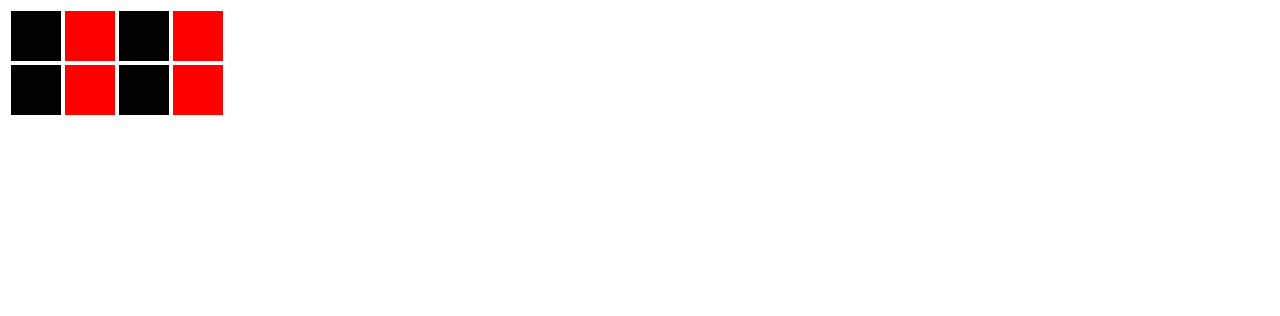
Repository: andrewjknell/JavaSpring
Page: http://localhost/CheckerBoard/NewFile.jsp
An editor plug-in stored every save of this project. The page is shown before and after the next save, followed by the edit.
The browser window is 1280 px wide. The pictures show the whole page.
The page is served by Tomcat 9.

Above is the page before, as saved 2019-11-01 23:17:35.

### CheckerBoard/WebContent/NewFile.jsp
<%@ page language="java" contentType="text/html; charset=ISO-8859-1"
    pageEncoding="ISO-8859-1"%>
<!DOCTYPE html>
<html>
<head>
<meta charset="ISO-8859-1">
<link href="style.css" rel="stylesheet"/>
<title>Insert title here</title>
</head>
<body>

	 	<table>
	 		<% for(int red = 0; red < 5/2; red++){ %>
	 		<tr>
			<% for(int black = 0; black < 5/2; black++){ %>
	 			<td><div class="black"></div></td>
	 			<td><div class="red"></div></td>
			<%} %>
	 		</tr>
	 		<%} %>
	 	</table>

</body>
</html>

### CheckerBoard/WebContent/style.css
@charset "ISO-8859-1";
.black{
	height: 50px;
	width: 50px;
	background-color: black;
}
.red{
	height: 50px;
	width: 50px;
	background-color: red;
}

After the next save:
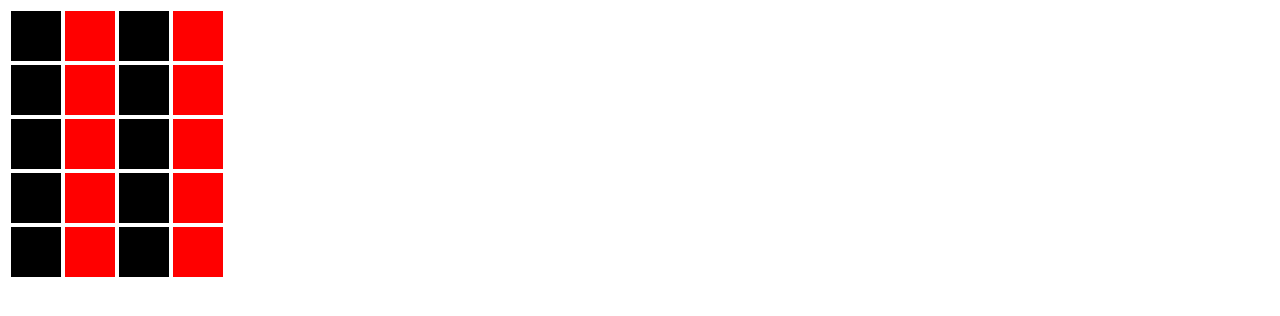
Saved 21 s later.
--- a/CheckerBoard/WebContent/NewFile.jsp
+++ b/CheckerBoard/WebContent/NewFile.jsp
@@ -10,7 +10,7 @@
 <body>
 
 	 	<table>
-	 		<% for(int red = 0; red < 5/2; red++){ %>
+	 		<% for(int red = 0; red < 5; red++){ %>
 	 		<tr>
 			<% for(int black = 0; black < 5/2; black++){ %>
 	 			<td><div class="black"></div></td>
